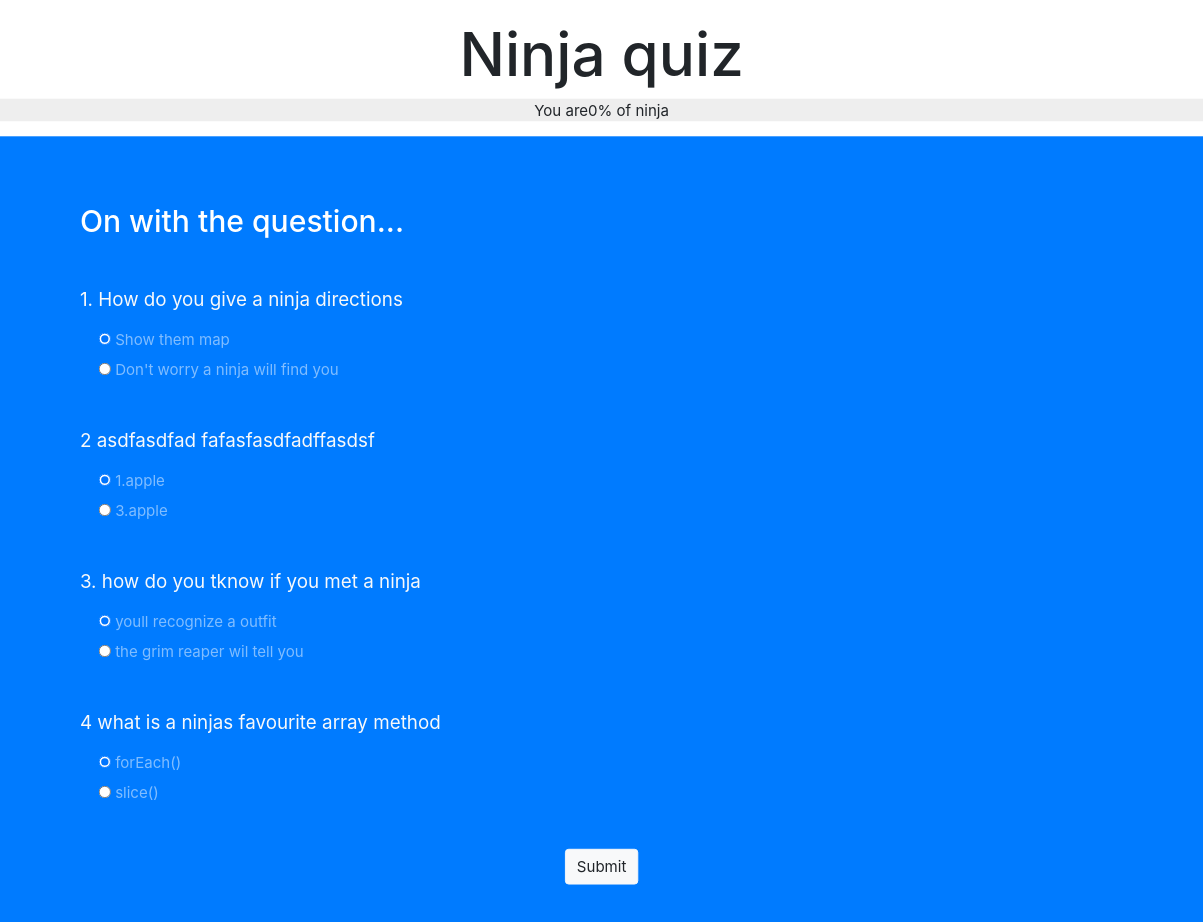
Repository: ajgors/config
Page: Nauka Js/Projekty/Quiz/index.html
These files come from the project's save history. The page is drawn as it stood at one moment and after the next save; the edit follows.
The browser window is 1280 px wide. The pictures show the whole page, at 94% of full size.

Above is the page before, as saved 2019-08-11 18:15:52.

After the next save:
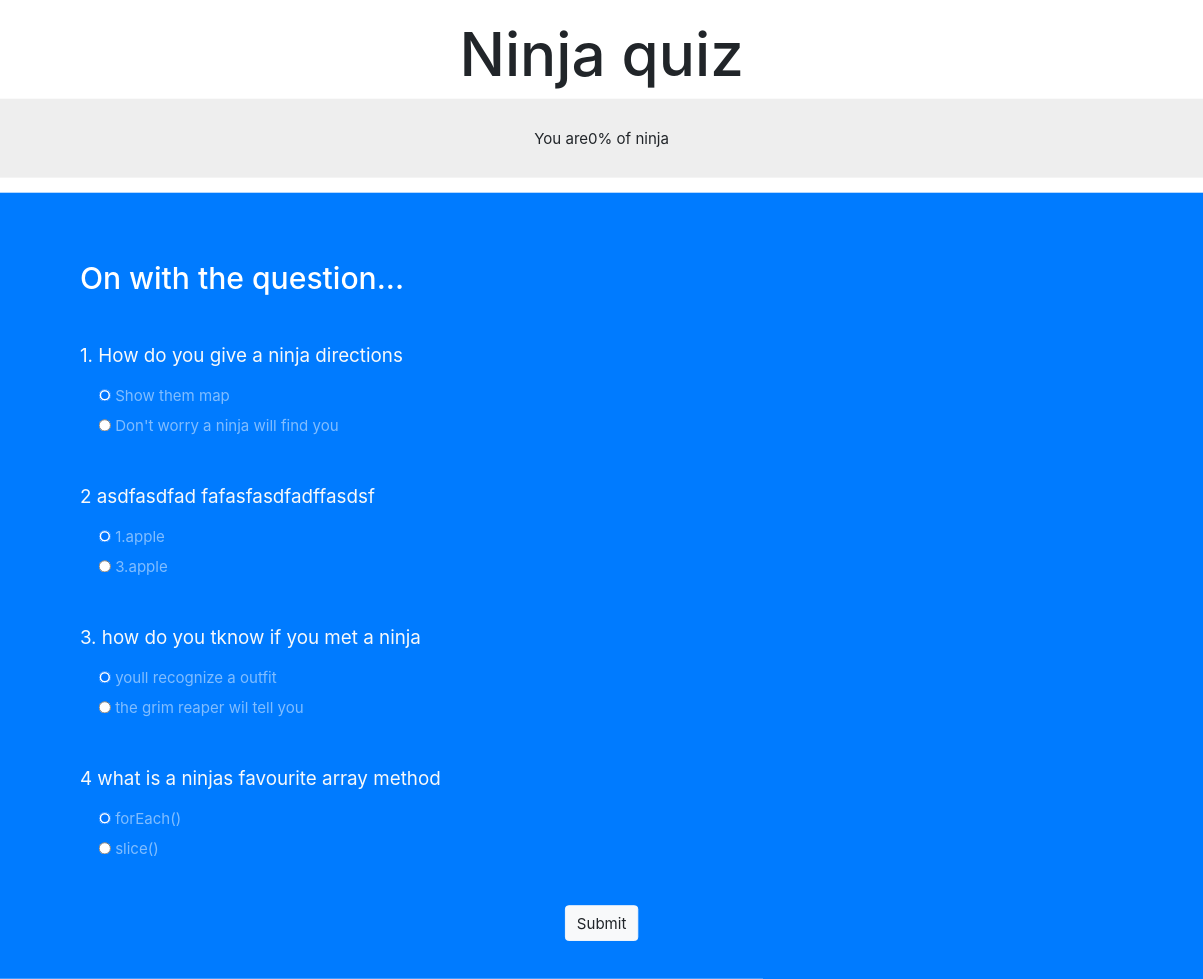
Saved 8 s later.
--- a/Nauka Js/Projekty/Quiz/css.css
+++ b/Nauka Js/Projekty/Quiz/css.css
@@ -9,4 +9,5 @@
 }
 .result__paragraph{
     text-align: center;
+    padding: 30px
 }
